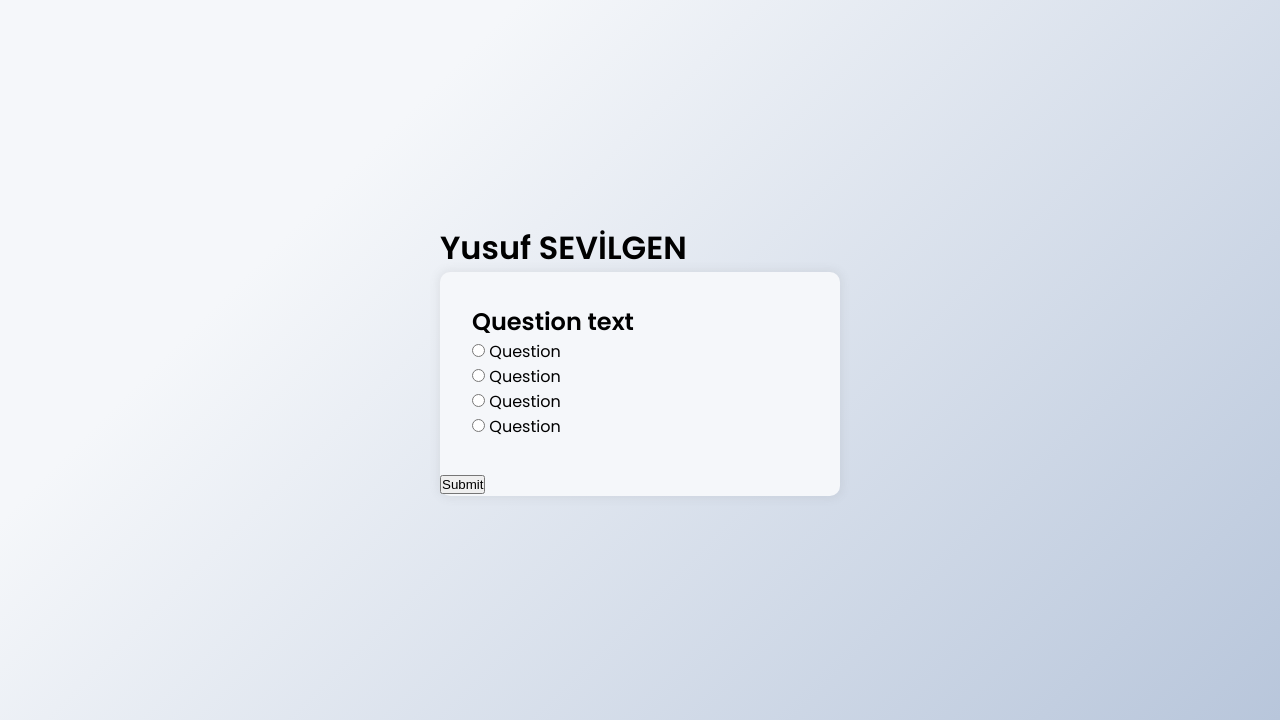
Repository: sevilgenysf/javascript-two
Page: index.html
The author's editor kept a copy of each file at every save. The page is drawn from the files as they stood at one save, then again after the next save.
The browser window is 1280 px wide. The pictures show the whole page.

Above is the page before, as saved 2022-02-27 15:17:15.

### index.html
<!DOCTYPE html>
<html lang="en">

<head>
	<meta charset="UTF-8">
	<meta http-equiv="X-UA-Compatible" content="IE=edge">
	<meta name="viewport" content="width=device-width, initial-scale=1.0">
	<link rel="stylesheet" href="./style.css">
	<script src="./index.js" defer></script>
	<title>javascript Day two</title>
</head>

<body>
	<div>
		<h1>Yusuf SEVİLGEN</h1>
		<div class="quiz-container">
			<div class="quiz-header">
				<h2>Question text</h2>
				<ul>
					<li>
						<input type="radio" id="a" name="answer">
						<label for="a">Question</label>
					</li>
				</ul>
				<ul>
					<li>
						<input type="radio" id="b" name="answer">
						<label for="b">Question</label>
					</li>
				</ul>
				<ul>
					<li>
						<input type="radio" id="c" name="answer">
						<label for="c">Question</label>
					</li>
				</ul>
				<ul>
					<li>
						<input type="radio" id="d" name="answer">
						<label for="d">Question</label>
					</li>
				</ul>
			</div>
			<button>Submit</button>
		</div>
	</div>
</body>

</html>

### style.css
@import url('https://fonts.googleapis.com/css2?family=Poppins:wght@400;600&family=Roboto:ital,wght@0,300;0,400;0,700;1,500&display=swap');

* {
	margin: 0;
	padding: 0;
	box-sizing: border-box;
}

body {
	display: flex;
	justify-content: center;
	align-items: center;
	background-color: #b8c6db;
	background-image: linear-gradient(315deg, #b8c6db 0%, #f5f7fa 74%);
	font-family: 'Poppins', sans-serif;
	min-height: 100vh;
}

.quiz-container {
	background-color: #f5f7fa;
	width: 400px;
	border-radius: 10px;
	box-shadow: 0 0 10px 2px rgba(100, 100, 100, 0.1);
	max-width: 100%;
}

.quiz-header {
	padding: 2rem;
}

ul {
	list-style: none;
	padding: 0;
}

### index.js
const quizData = [
	{
		question: 'How old are you?',
		a: '25',
		b: '26',
		c: '27',
		d: '28',
		currect: 'c'
	},
	{
		question: 'What is the most used best programing language in 2019?',
		a: 'Java',
		b: 'C',
		c: 'Python',
		d: 'JavaScript',
		currect: 'a'
	},
	{
		qwstion: 'who is he President of USA?',
		a: 'Trump',
		b: 'Obama',
		c: 'Bush',
		d: 'Clinton',
		currect: 'b'
	},
	{
		question: 'What does HTML stand for?',
		a: 'Hyper Text Markup Language',
		b: 'Cascading style sheet',
		c: 'Jason Object Notation',
		d: 'Aplication Type Markup Language',
		currect: 'a'
	},
	{
		question: 'What year was javaScript launched?',
		a: '1995',
		b: '1996',
		c: '1997',
		d: 'none of the above',
		currect: 'd'
	}
];

After the next save:
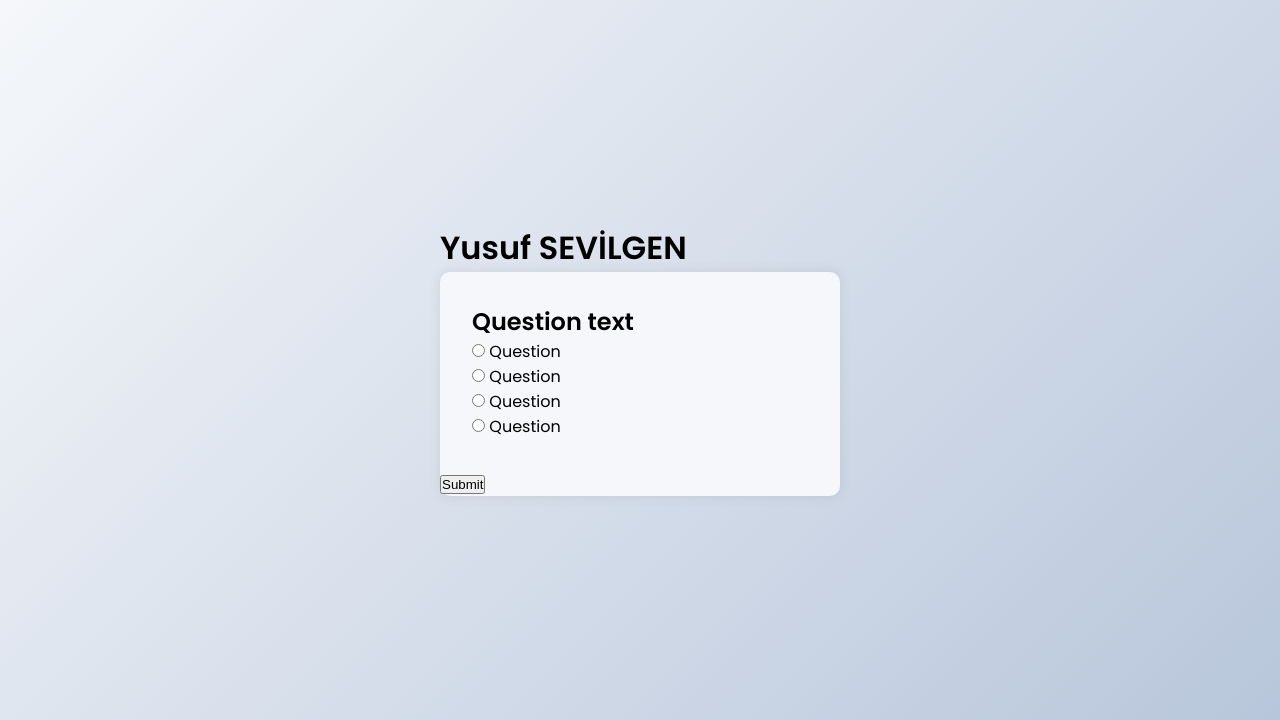
Saved 15 s later.
--- a/style.css
+++ b/style.css
@@ -11,7 +11,7 @@ body {
 	justify-content: center;
 	align-items: center;
 	background-color: #b8c6db;
-	background-image: linear-gradient(315deg, #b8c6db 0%, #f5f7fa 74%);
+	background-image: linear-gradient(315deg, #b8c6db 0%, #f5f7fa 100%);
 	font-family: 'Poppins', sans-serif;
 	min-height: 100vh;
 }
